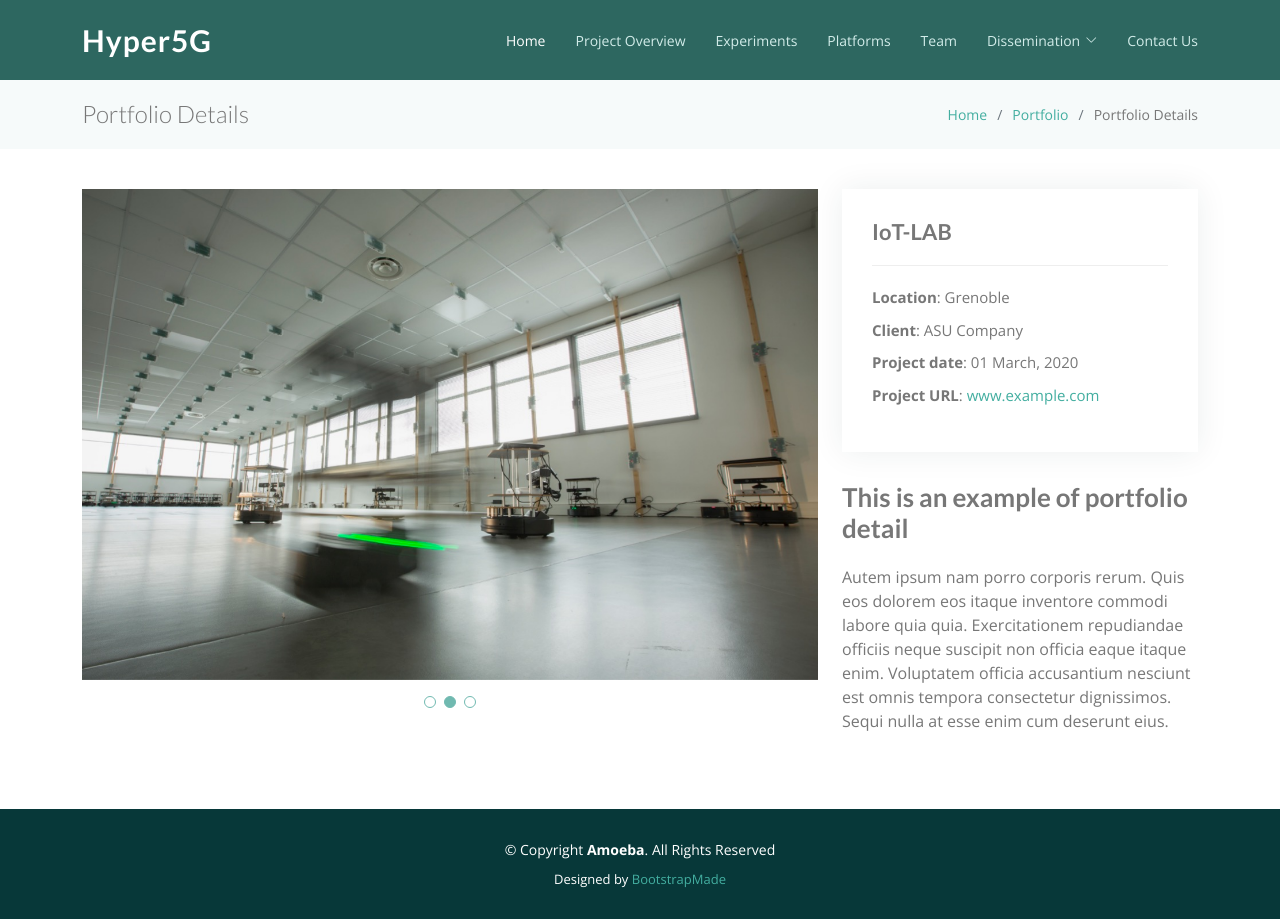
Repository: hakiri/Hyper5G
Page: portfolio-details.html
An editor plug-in stored every save of this project. The page is shown before and after the next save, followed by the edit.
The browser window is 1280 px wide. The pictures show the whole page.

Above is the page before, as saved 2022-07-23 15:26:42.

After the next save:
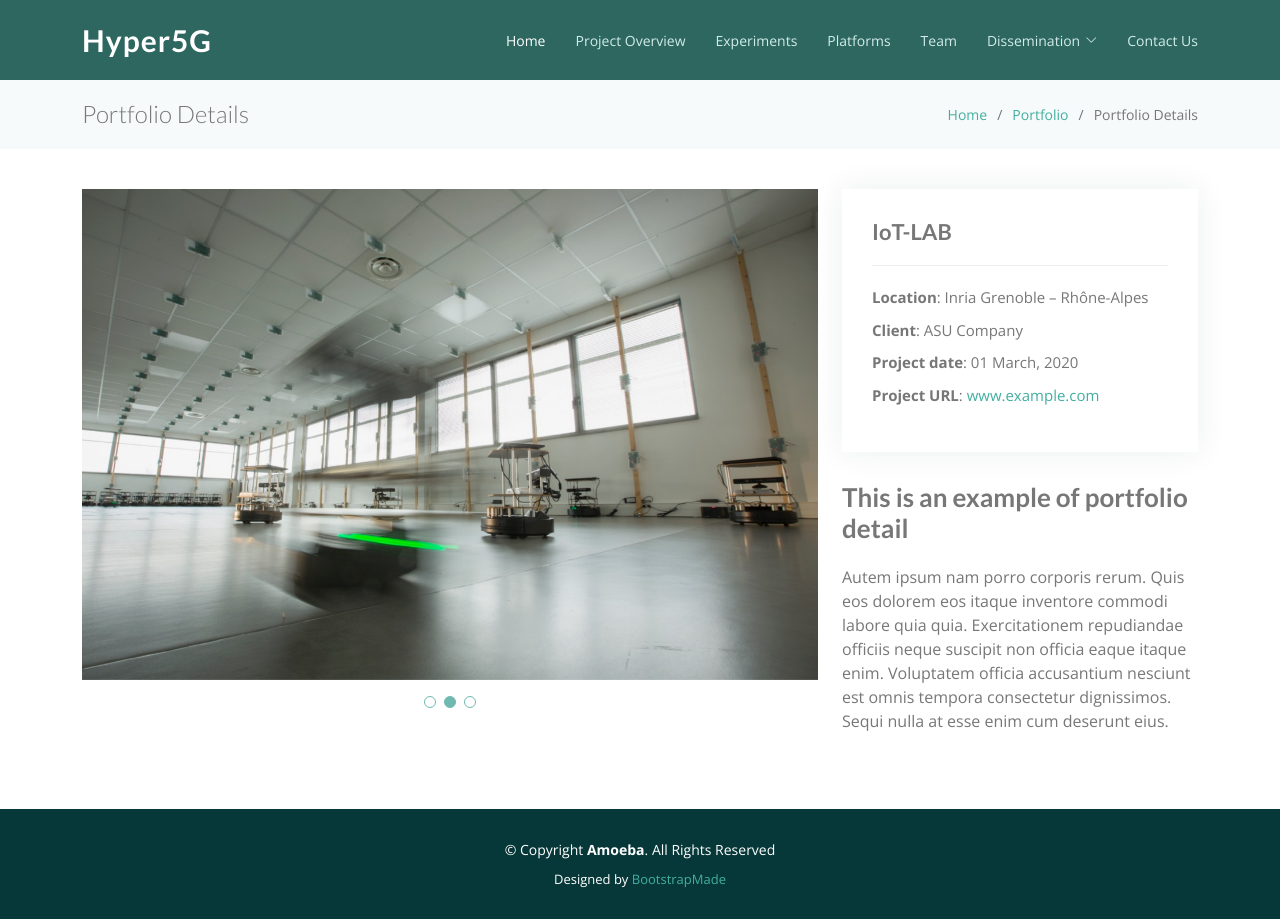
Saved 22 s later.
--- a/portfolio-details.html
+++ b/portfolio-details.html
@@ -129,7 +129,7 @@
                         <div class="portfolio-info">
                             <h3>IoT-LAB</h3>
                             <ul>
-                                <li><strong>Location</strong>: Grenoble</li>
+                                <li><strong>Location</strong>: Inria Grenoble – Rhône-Alpes</li>
                                 <li><strong>Client</strong>: ASU Company</li>
                                 <li><strong>Project date</strong>: 01 March, 2020</li>
                                 <li><strong>Project URL</strong>: <a href="#">www.example.com</a></li>
